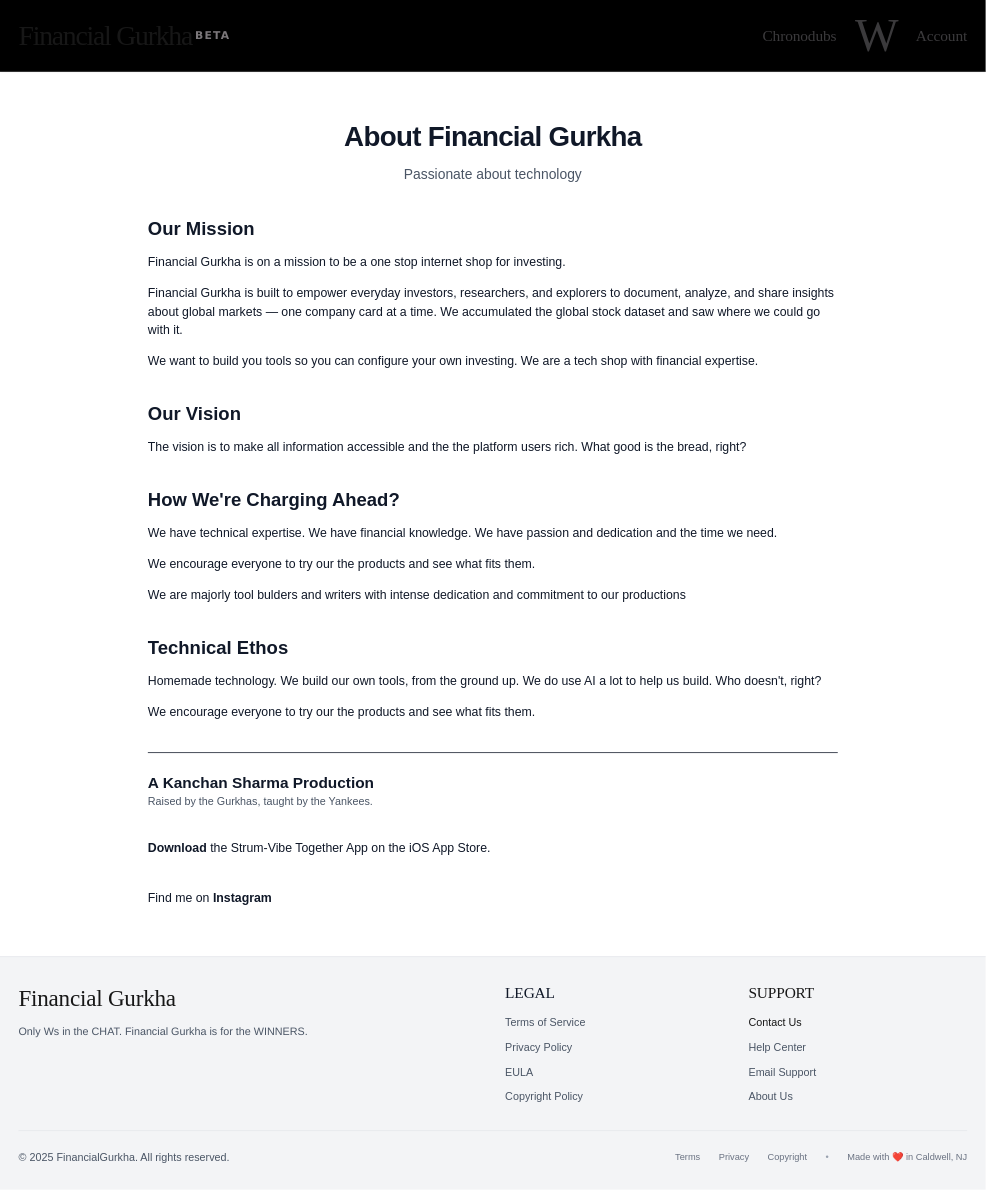
Repository: dayvoid97/explorer
Page: /about/kanchan
These files come from the project's save history. The page is drawn as it stood at one moment and after the next save; the edit follows.
The browser window is 1280 px wide. The pictures show the whole page, at 77% of full size.
The page's requests for data from a server got no answer. The project was rebuilt for these pictures with package versions that can differ from the ones it lists, and the page was loaded fresh each time. The framework's server and built-in components were replaced by stand-ins that run in the browser. No one was signed in, and anything a server would have sent is missing. Also part of the build but not shown: next.config.ts, src/app/lib/auth.ts, src/app/lib/api.ts, src/app/hooks/classifyExternalLinks.ts, src/app/components/QuickPostButton.tsx.

Above is the page before, as saved 2025-10-13 17:32:05.

After the next save:
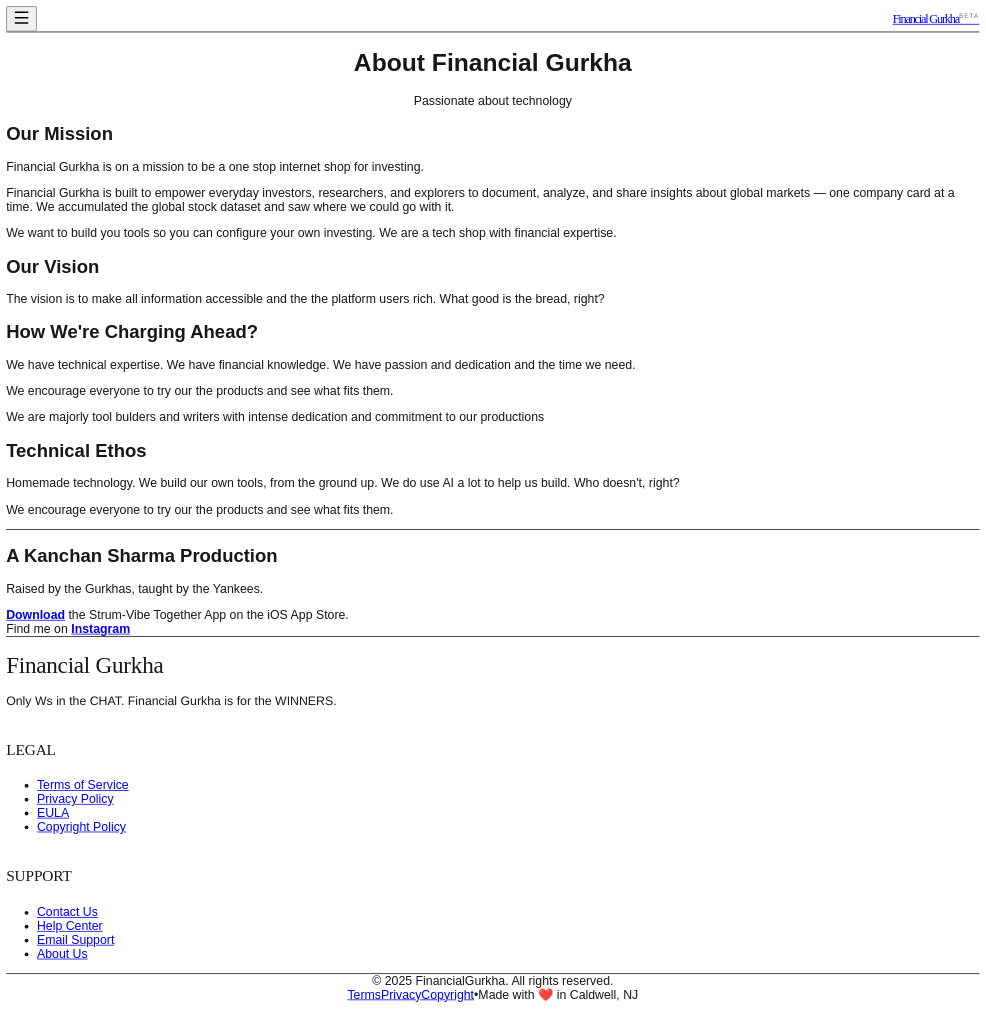
Saved 2 min 22 s later.
--- a/src/app/globals.css
+++ b/src/app/globals.css
@@ -1,4 +1,6 @@
-@import 'tailwindcss';
+@tailwind base;
+@tailwind components;
+@tailwind utilities;
 
 :root {
   --background: #ffffff;

After the save that followed:
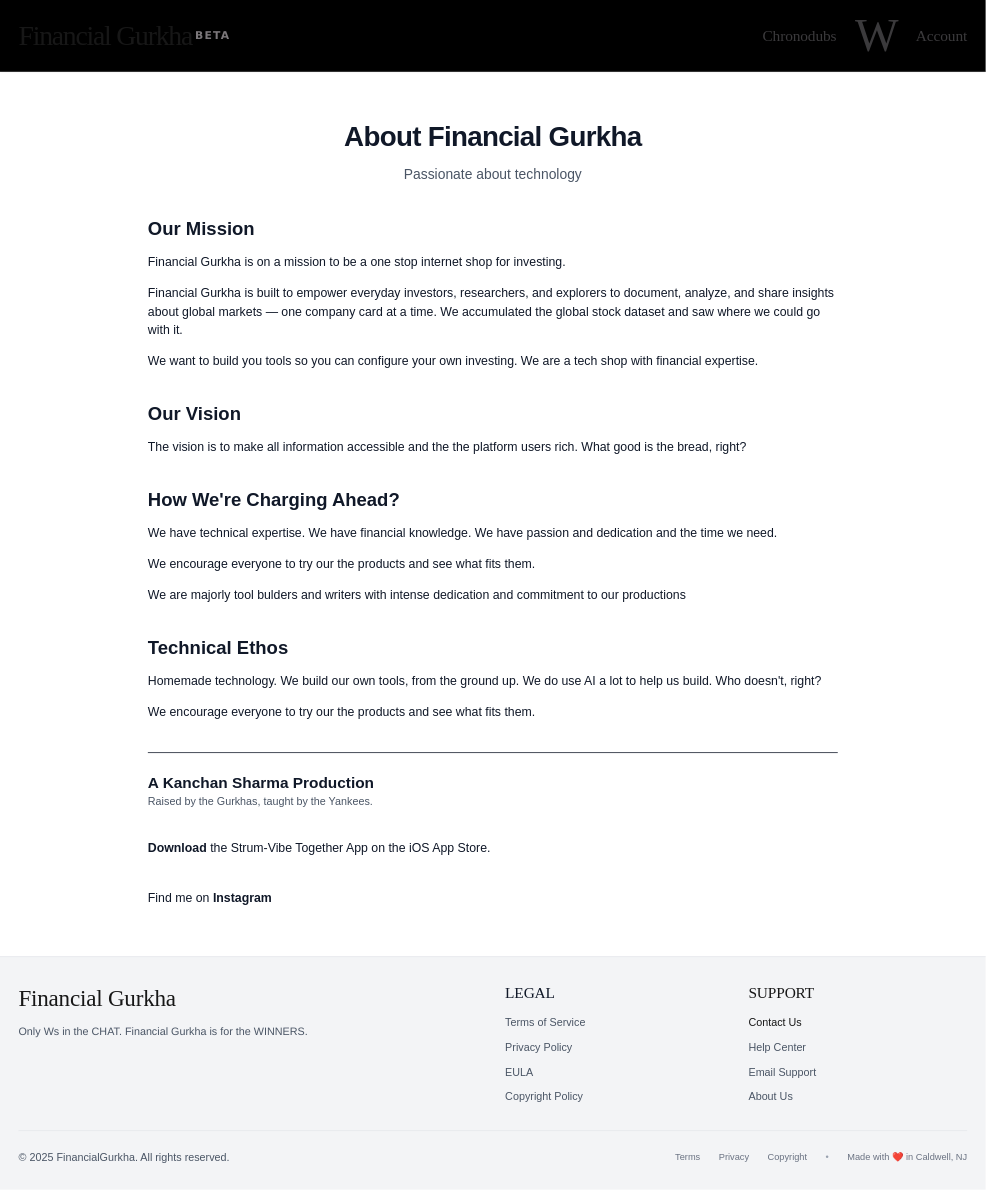
Saved 23 s later.
--- a/src/app/globals.css
+++ b/src/app/globals.css
@@ -1,6 +1,4 @@
-@tailwind base;
-@tailwind components;
-@tailwind utilities;
+@import 'tailwindcss';
 
 :root {
   --background: #ffffff;
